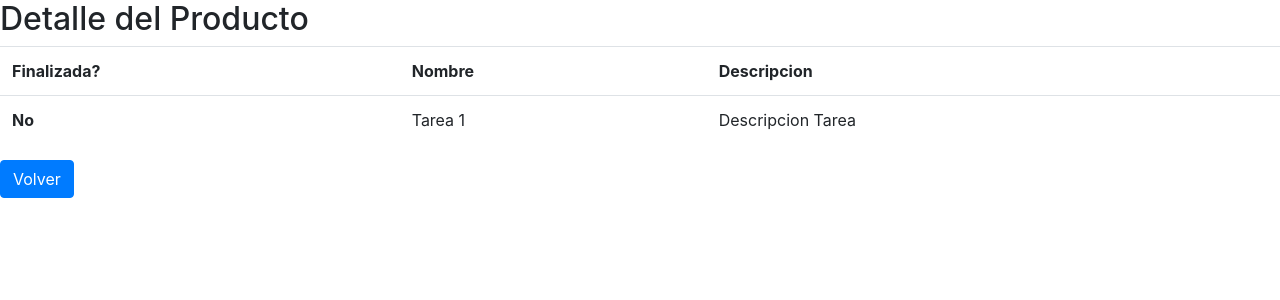
Repository: Alemartinez97/New-Repository
Page: programacion-3/tp4/servicios/ver/ver.html
These files come from the project's save history. The page is drawn as it stood at one moment and after the next save; the edit follows.
The browser window is 1280 px wide. The pictures show the whole page.

Above is the page before, as saved 2020-06-11 16:02:58.

### programacion-3/tp4/servicios/ver/ver.html
<!DOCTYPE html>
<html lang="en">
<head>
    <meta charset="UTF-8">
    <meta name="viewport" content="width=device-width, initial-scale=1.0">
    <title>Document</title>
    <link rel="stylesheet" href="https://stackpath.bootstrapcdn.com/bootstrap/4.5.0/css/bootstrap.min.css" integrity="sha384-9aIt2nRpC12Uk9gS9baDl411NQApFmC26EwAOH8WgZl5MYYxFfc+NcPb1dKGj7Sk" crossorigin="anonymous">
</head>
<body>
    <table class="table">
        <h2>Detalle del Producto</h2>
        <tbody>
          <tr>
            <th>Finalizada?</th>
            <th>Nombre</th>
            <th>Descripcion</th>
          </tr>
          <tr>
            <th>No</th>
            <td>Tarea 1</td>
            <td>Descripcion Tarea</td>
          </tr>
        </tbody>
      </table>
      <a href="../lista.html" class="btn btn-primary">Volver</a>
</body>
</html>

After the next save:
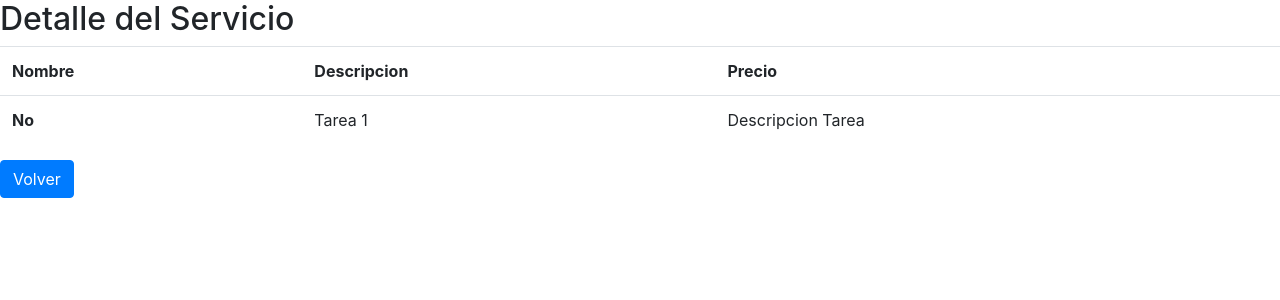
Saved 58 s later.
--- a/programacion-3/tp4/servicios/ver/ver.html
+++ b/programacion-3/tp4/servicios/ver/ver.html
@@ -8,12 +8,12 @@
 </head>
 <body>
     <table class="table">
-        <h2>Detalle del Producto</h2>
+        <h2>Detalle del Servicio</h2>
         <tbody>
           <tr>
-            <th>Finalizada?</th>
             <th>Nombre</th>
             <th>Descripcion</th>
+            <th>Precio</th>
           </tr>
           <tr>
             <th>No</th>
@@ -22,6 +22,6 @@
           </tr>
         </tbody>
       </table>
-      <a href="../lista.html" class="btn btn-primary">Volver</a>
+      <a href="../servicio.html" class="btn btn-primary">Volver</a>
 </body>
 </html>
